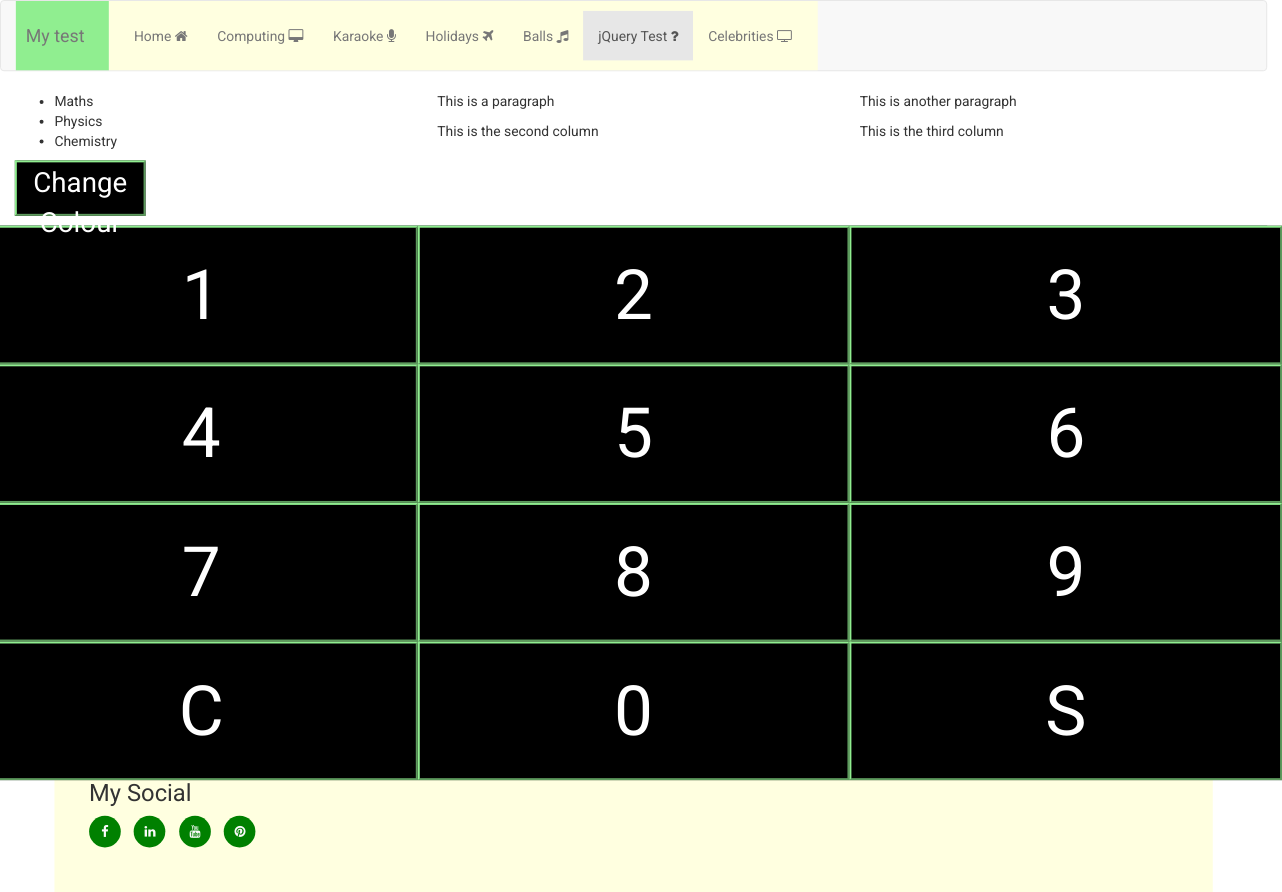
Repository: derektypist/bootstrap
Page: jquerydemo.html
The author's editor kept a record of every edit. The page is drawn from the files as they stood at one moment, then again after the next edit.
The browser window is 1280 px wide. The page is 1295 px wide, then 1280 px, so the pictures cover 1295 px, including what lies to the right of the window. The pictures show the whole page, at 99% of full size.
Some web libraries are served in a nearby version.

Above is the page before.

### jquerydemo.html
<!DOCTYPE html>
<html>
<head>
<meta name="viewport" content="width=device-width, initial-scale=1.0">
<title>Derek's Bootstrap Experience - Jquery Test</title>

<!-- Load Style Sheets -->

<link rel="stylesheet" href="https://maxcdn.bootstrapcdn.com/bootstrap/3.3.7/css/bootstrap.min.css">
<link rel="stylesheet" href="https://maxcdn.bootstrapcdn.com/font-awesome/4.7.0/css/font-awesome.min.css" type="text/css" />
<link rel="stylesheet" href="style.css" type="text/css">

<!-- Load Scripts -->
<script src="https://code.jquery.com/jquery-3.2.1.min.js" integrity="sha256-hwg4gsxgFZhOsEEamdOYGBf13FyQuiTwlAQgxVSNgt4=" crossorigin="anonymous"></script>
<script src="https://maxcdn.bootstrapcdn.com/bootstrap/3.3.7/js/bootstrap.min.js" integrity="sha384-Tc5IQib027qvyjSMfHjOMaLkfuWVxZxUPnCJA7l2mCWNIpG9mGCD8wGNIcPD7Txa" crossorigin="anonymous"></script>
<script>
    $(document).ready(function(){
        $("#subjects").click(function(){
            $(".myhighlight").css("color", "orange");
        });
        $("p").mouseenter(function(){
            $(this).css("color", "green")
        });
        $("p").mouseleave(function(){
            $(this).css("color", "purple")
        });
    });
</script>
</head>
<body>
<nav class="navbar navbar-default">
        <div class="container-fluid">
            <!-- Logo -->
            <div class="navbar-header">
                <a href="index.html" class="navbar-brand">My test</a>
            </div>

            <!-- navbar with icons -->
            <ul class="nav navbar-nav">
                <li><a href="index.html">Home <i class="fa fa-home" aria-hidden="true"></i></a></li>
                <li><a href="computing.html">Computing <i class="fa fa-desktop" aria-hidden="true"></i></a></li>
                <li><a href="karaoke.html">Karaoke <i class="fa fa-microphone" aria-hidden="true"></i></a></li>
                <li><a href="holidays.html">Holidays <i class="fa fa-plane" aria-hidden="true"></i></a></li>
                <li><a href="balls.html">Balls <i class="fa fa-music" aria-hidden="true"></i></a></li>
                <li class="active"><a href="jquerydemo.html">jQuery Test <i class="fa fa-question" aria-hidden="true"></i></a></li>
                <li><a href="celebrities.html">Celebrities <i class="fa fa-television" aria-hidden="true"></i></a></li>
            </ul>
        </div>
    </nav>

    <!-- Section for Setting Up List Items and Paragraphs -->
    <section class="container-fluid">
        <article class="row">
            <article class="col-sm-4">
                <ul>
                <li class="myhighlight">Maths</li>
                <li>Physics</li>
                <li>Chemistry</li>
            </ul>
            <button id="subjects">Change Colour</button>
            </article>
            <article class="col-sm-4">
                <p>This is a paragraph</p>
                <p>This is the second column</p>
            </article>
            <article class="col-sm-4">
                <p>This is another paragraph</p>
                <p>This is the third column</p>
            </article>

        </article>

        <!-- Set Up Blank Row -->
        <article class="row"></article>

        <!-- Set Up Blank Paragraph -->
        <p></p>
       </section>

        <!-- Section for Setting Up Keypad -->
        <section class="container-fluid" id="keypad"></section>

                <!-- Set Up Display -->
                <article id="display"></div>

                <!-- Set Up First Row for Keypad -->
                <article class="row">
                    <button id="one">1</button>
                    <button id="two">2</button>
                    <button id="three">3</button>
                </article>

                <!-- Set Up Second Row for Keypad -->
                <article class="row">
                    <button id="four">4</button>
                    <button id="five">5</button>
                    <button id="six">6</button>
                </article>

                <!-- Set Up Third Row for Keypad -->
                <article class="row">
                    <button id="seven">7</button>
                    <button id="eight">8</button>
                    <button id="nine">9</button>
                </article>

                <!-- Set Up Fourth Row for Keypad -->
                <article class="row">
                    <button id="clear">C</button>
                    <button id="zero">0</button>
                    <button id="settings">S</button>
                </article>
            </article>





    </section>

     <!-- Footer -->
       <footer class="container">
           <div class="row" id="footer-details">
               <h3>My Social</h3>
               <ul class="list-inline social-links">

                    <li><a target="_blank" href="https://www.facebook.com/derek.dhammaloka/" title="Facebook"><i class="fa fa-facebook"></i></a></li>
                    <li><a target="_blank" href="https://www.linkedin.com/in/derekdhammaloka" title="LinkedIn"><i class="fa fa-linkedin"></i></a></li>
                    <li><a target="_blank" href="https://www.youtube.com/user/derekthesec" title="YouTube"><i class="fa fa-youtube"></i></a></li>
                    <li><a target="_blank" href="https://www.pinterest.co.uk/derekthesec" title="Pinterest"><i class="fa fa-pinterest"></i></a></li>
               </ul>
           </div>
       </footer>

</body>
</html>

### style.css
/* Import Font */

@import url('https://fonts.googleapis.com/css?family=Roboto');

/* Body */

body {

    font-family: "Roboto", Arial, Verdana, sans-serif;
    height: 100%;
}

/* Liked Comments */

.liked {
    background-color: lightblue;
    padding: 10px;
}

/* Jumbotron */

.jumbotron {
    background-color: pink;
}

/* List Items */

.list-items {
    color: green;
}

.list-items a {
    text-decoration: none;
    color: orange;
}

.list-items a:hover {
    text-decoration: none;
    color: purple;
}

/* Margin Styles */
.mgn-col {
    margin-left: 10px;
}

/* Navbar Styles */
.navbar-header {
    background-color: lightgreen;
    padding: 10px;
}

.navbar-nav {
    background-color: lightyellow;
    padding: 10px;
}

/* Table Styles */
th {
    background-color: lightblue;
}


/* Download PDF Styles */
.download-pdf {
    color: green;
    text-align: center;
    font-size: 18px;
    padding-left: 5px;
}

.download-pdf i:hover {
    color: orange;
    transition: all 0.35s ease-in-out;
    -moz-transition: all 0.35s ease-in-out;
    -webkit-transition: all 0.35s ease-in-out;
    -o-transition: all 0.35s ease-in-out;
}

/* Footer */
footer {
    background-color: lightyellow;
    min-height: 50px;
    margin: 0;
}

.social-links {
    padding-bottom: 15px;
}

.social-links li a i {
    width: 32px;
    height: 32px;
    padding: 12px 0px;
    border-radius: 50%;
    font-size: 13px;
    line-height: 7px;
    text-align: center;
    color: #fafafa;
    background: green;
    transition: all 0.35s ease-in-out;
    -moz-transition: all 0.35s ease-in-out;
    -webkit-transition: all 0.35s ease-in-out;
    -o-transition: all 0.35s ease-in-out;

}

.social-links li a i:hover {
    background: purple;

}

#footer-details {
    margin: 20px;
}

/* jQueryDemo - Subjects */
.row button #subjects
{
    background-color: black;
}



/* jQueryDemo - Keypad */

#keypad {
    width: 50%;
    margin: auto;
}

#display {
    height: 75px;
    font-size: 2.5em;
    background-color: seagreen;
    color: white;
    text-align: center;
}

.row button {
    background-color: black;
    color: white;
    font-size: 2em;
    height: 2em;
    float: left;
    border-color: lightgreen;
    margin-left: 0px;
    margin-right: 0px;
}

button {
    width: 33.333%;
}

After the next edit:
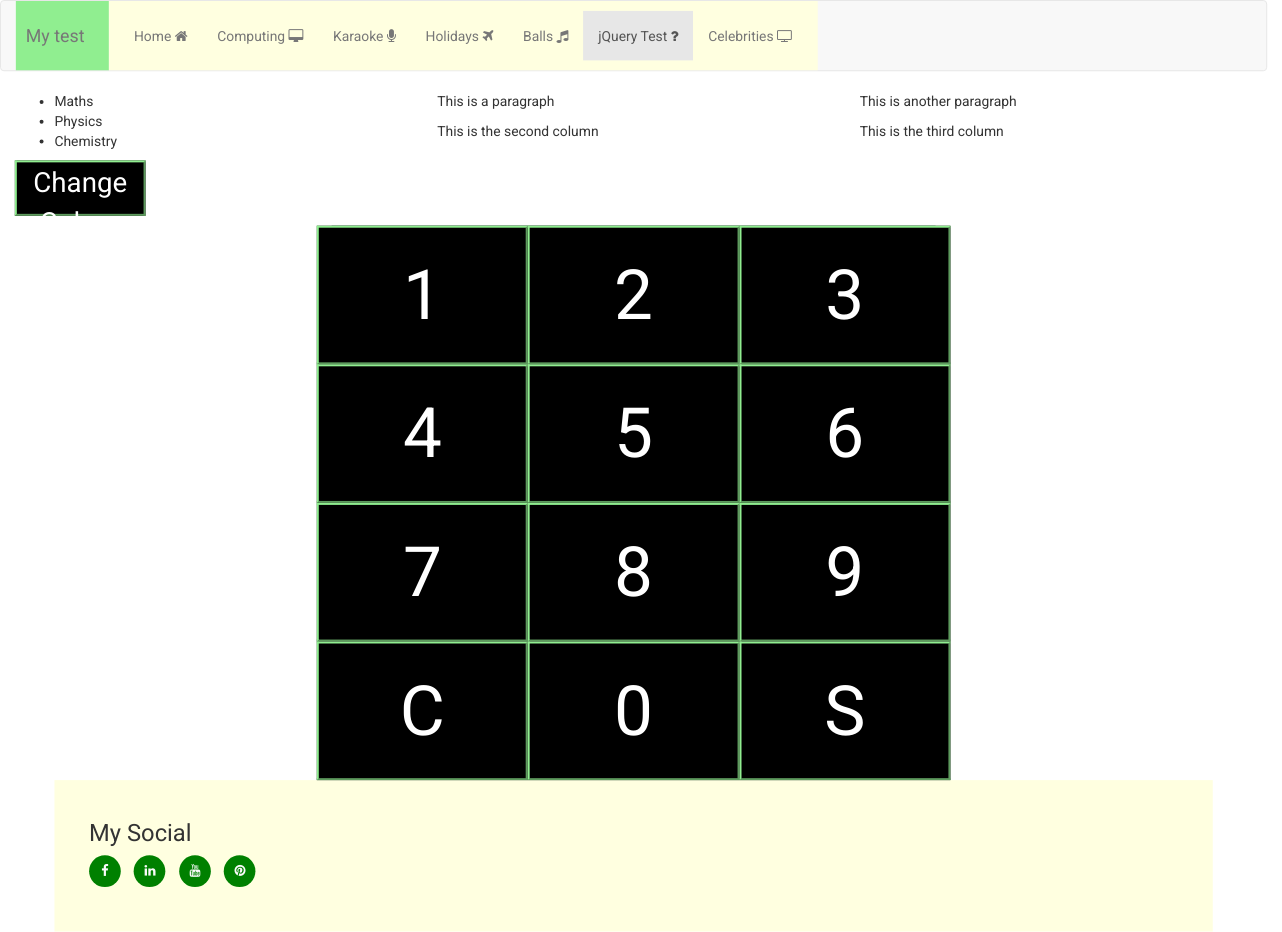
The edit:
--- a/jquerydemo.html
+++ b/jquerydemo.html
@@ -78,7 +78,7 @@
        </section>
 
         <!-- Section for Setting Up Keypad -->
-        <section class="container-fluid" id="keypad"></section>
+        <section class="container-fluid" id="keypad">
 
                 <!-- Set Up Display -->
                 <article id="display"></div>
